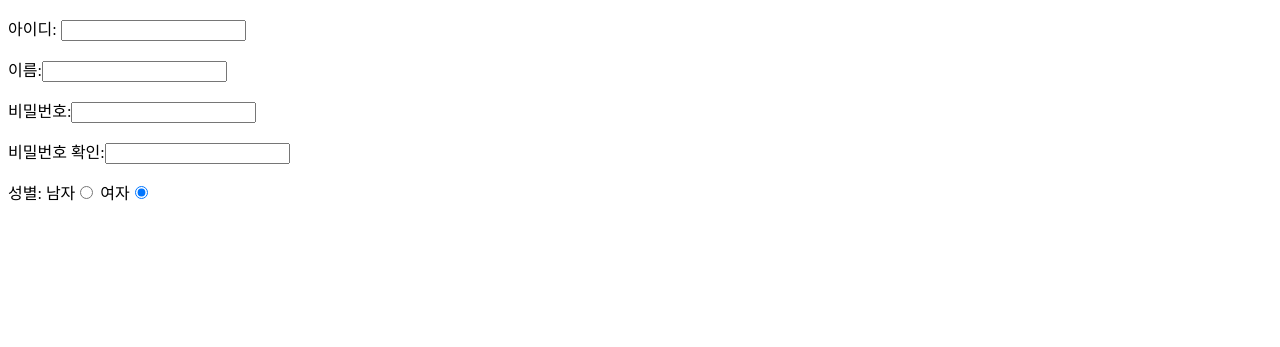
Repository: zoselakt/My_practice_JSP
Page: http://localhost/day08/join.jsp
These files come from the project's save history. The page is drawn as it stood at one moment and after the next save; the edit follows.
The browser window is 1280 px wide. The pictures show the whole page.
The page is served by Tomcat 9. Other server files are loaded and not shown.

Above is the page before, as saved 2022-03-01 08:52:30.

### day08/WebContent/join.jsp
<%@ page language="java" contentType="text/html; charset=UTF-8"
    pageEncoding="UTF-8"%>
<!DOCTYPE html>
<html>
<head>
<meta charset="UTF-8">
<title>회원가입</title>
</head>
<body>
	<form action="join_db.jsp" method="post" name="joinForm">
		<p>
			<label>아이디: <input type="text" name="id"></label>
		</p>

		<p id="result"></p>
		<p><label>이름:<input type="text" name="name"></label></p>
		<p><label>비밀번호:<input type="password" name="password"></label></p>
		<p><label>비밀번호 확인:<input type="password" name="password_re"></label></p>
		<p>
			성별:
			남자<input type="radio" name="gender" value="남자" checked>
			여자<input type="radio" name="gender" value="남자" checked>
		</p>
	</form>
</body>
</html>

After the next save:
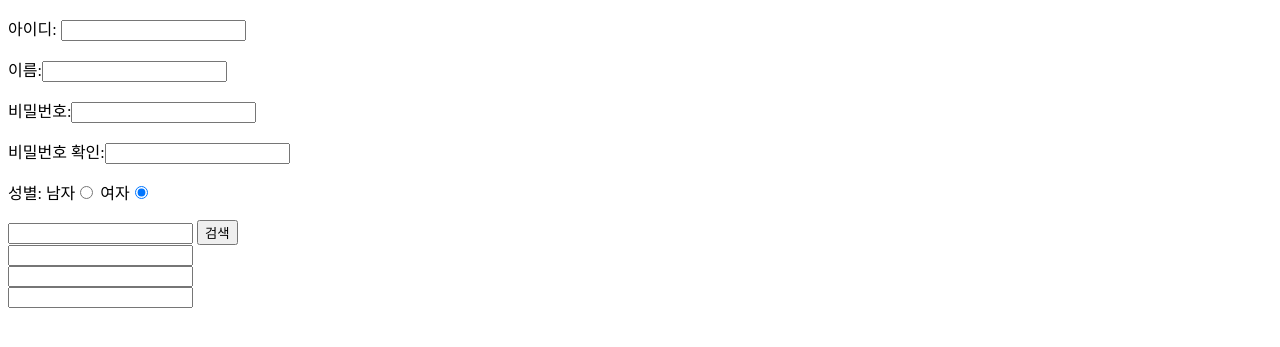
Saved 6 min 12 s later.
--- a/day08/WebContent/join.jsp
+++ b/day08/WebContent/join.jsp
@@ -21,6 +21,17 @@
 			남자<input type="radio" name="gender" value="남자" checked>
 			여자<input type="radio" name="gender" value="남자" checked>
 		</p>
+
+		<p>
+			<label>
+				<input type="text" name="" class="postcodify_postcode5" value="" />
+			</label>
+
+
+<button id="postcodify_search_button">검색</button><br />
+<input type="text" name="" class="postcodify_address" value="" /><br />
+<input type="text" name="" class="postcodify_details" value="" /><br />
+<input type="text" name="" class="postcodify_extra_info" value="" /><br />
 	</form>
 </body>
 </html>
